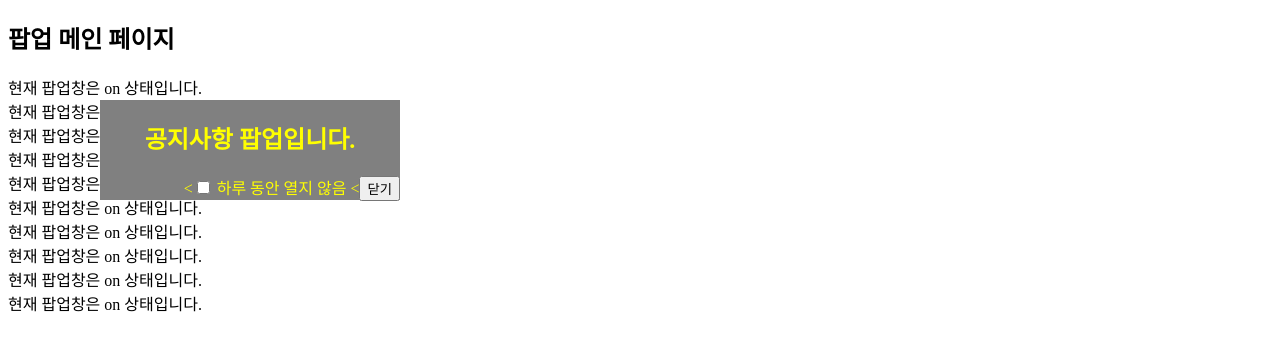
Repository: jjunyuongv/JSP_Servlet
Page: http://localhost/MustHHaveJSP/04Cookie/PopupMain.jsp
These files come from the project's save history. The page is drawn as it stood at one moment and after the next save; the edit follows.
The browser window is 1280 px wide. The pictures show the whole page.
The page is served by Tomcat 10.

Above is the page before, as saved 2025-05-07 08:51:55.

After the next save:
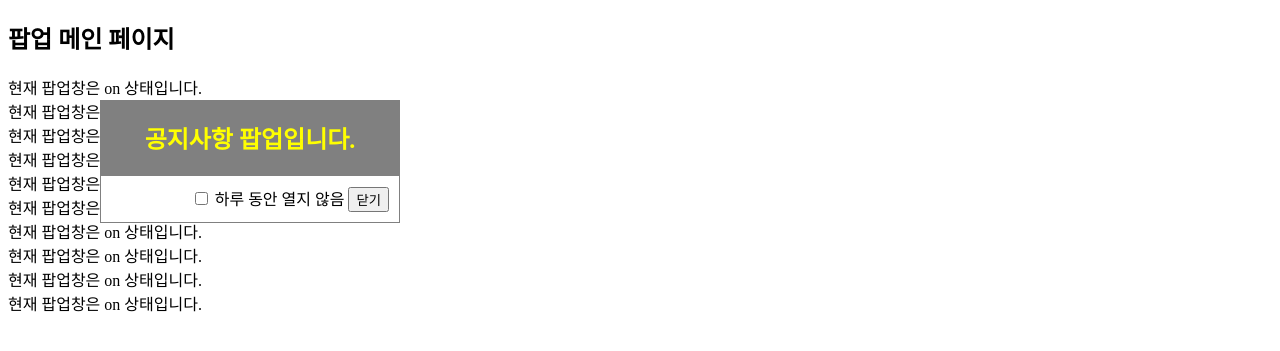
Saved 14 s later.
--- a/MustHHaveJSP/src/main/webapp/04Cookie/PopupMain.jsp
+++ b/MustHHaveJSP/src/main/webapp/04Cookie/PopupMain.jsp
@@ -2,73 +2,88 @@
     pageEncoding="UTF-8"%>
 <%
 String popupMode = "on";
-
+//쿠키를 배열로 얻어온 후 모든 쿠키를 읽는다
 Cookie[] cookies = request.getCookies();
 if (cookies != null) {
-	for (Cookie c : cookies) {
-		String cookieName = c.getName();
-		String cookieValue = c.getValue();
-		if (cookieName.equals("PopupClose")) {
-			popupMode = cookieValue;
-		}
-	}
+    for (Cookie c : cookies) {
+        String cookieName = c.getName();
+        String cookieValue = c.getValue();
+        // 만약 쿠키명이 아래와 일치한다면 쿠키값을 읽어 변수에 저장한다.
+        if (cookieName.equals("PopupClose")) {
+            popupMode = cookieValue; // popupMode의 값을 갱신
+        }
+    }
 }
 %>
 <!DOCTYPE html>
 <html>
 	<head>
-	<meta charset="UTF-8">
-	<title>쿠키를 이용한 팝업 관리</title>
-
-	<style>
-		div#popup{
-			position: absolute; top:100px; left:100px; color:yellow;
-			width: 300px; height:100px; background-color:gray;
-		}
-		div#popip>div{
-			position:  relative; background-color: #ffffff; top:0px;
-			border : 1px solid gray; padding: 10px; color:black;
-		}
-	</style>
-	<script src="https://ajax.googleapis.com/ajax/libs/jquery/3.7.1/jquery.min.js"></script>
-	<script>
-	$(function() {
-		$('#closeBtn').click(function() {
-			$('#popup').hide();
-			var chkVal = $("input:checkbox[id=inactiveToday]:checked").val();
-			$.ajax({
-				url : './PopupCookie.jsp',
-				type : 'get',
-				data : {inactiveToday : chkVal},
-				dataType : function(resData) {
-					if (resData != '') location.reload();
-				}
+		<meta charset="UTF-8">
+		<script src="https://ajax.googleapis.com/ajax/libs/jquery/3.7.1/jquery.min.js"></script>
+		<title>쿠키를 이용한 팝업 관리</title>
+		<style>
+		    div#popup{
+		        position: absolute; top:100px; left:100px; color:yellow;
+		        width:300px; height:100px; background-color:gray;
+		    }
+		    div#popup>div{
+		        position: relative; background-color:#ffffff; top:0px;
+		        border:1px solid gray; padding:10px; color:black;
+		    }
+		</style>
+		<script>
+		$(function() {
+			$('#closeBtn').click(function() {
+		        $('#popup').hide();
+		     	// 하루동안 열지 않음 체크박스에 체크한 경우에는 value를 얻어와서
+		    	// 변수에 저장한다.
+		    	var chkVal = $("input:checkbox[id=inactiveToday]:checked").val();
+		    	// jQuery의 ajax()함수를 통해 요청값을 전송한다.
+		    	$.ajax({
+		    		// 요청할 서버의 URL(경로)
+		    		url : './PopupCookie.jsp',
+		    		// 전송방식
+		        	type : 'get',
+		        	// 요청시 전송할 파라미터. 여기서는 체크박스의 값을 설정한다.
+		        	// 즉 체크를 했다면 1을 전송하고, 아니면 아무값도 전송하지 않는다.
+		        	data : {inactiveToday : chkVal },
+		        	// 콜백데이터의 타입은 text형식으로 지정한다.
+		        	dataType : "text",
+		        	// 성공시 자동호출 될 콜백 함수
+		        	success : function(resData) {
+						if(resData){
+							console.log('있다');
+						} else{
+		            		console.log('없다');
+		            	}
+						// 콜백데이터가 있다면
+						if (resData != '')
+		                	// 화면을 새로 고침한다. F5를 누른것과 동일하다.
+		                	location.reload();
+		        	}
+				});
 			});
-
 		});
-	});
-	</script>
-
-
+		</script>
 	</head>
 	<body>
 		<h2>팝업 메인 페이지</h2>
 		<%
-			for (int i = 1; i <=10; i++) {
-				out.println("현재 팝업창은 "+ popupMode + " 상태입니다.<br/>");
-			}
-			if (popupMode.equals("on")) {
+		    for (int i = 1; i <= 10; i++) {
+		        out.println("현재 팝업창은 " + popupMode + " 상태입니다.<br/>");
+		    }
+		    if (popupMode.equals("on")) {
 		%>
-			<div id="popup">
-				<h2 align="center">공지사항 팝업입니다.</h2>
-				<div align="right"><form name= "popFrm">
-					<<input type="checkbox" id="inactiveToday" value="1" />
-					하루 동안 열지 않음
-					<<input type="button" id="closeBtn" value="닫기" />
-				</form></div>
-			</div>
+		    <div id="popup">
+		        <h2 align="center">공지사항 팝업입니다.</h2>
+		        <div align="right"><form name="popFrm">
+		            <input type="checkbox" id="inactiveToday" value="1" />
+		            하루 동안 열지 않음
+		            <input type="button" value="닫기" id="closeBtn" />
+		        </form></div>
+		    </div>
 		<%
-			}
+		    }
 		%>
 	</body>
 </html>
